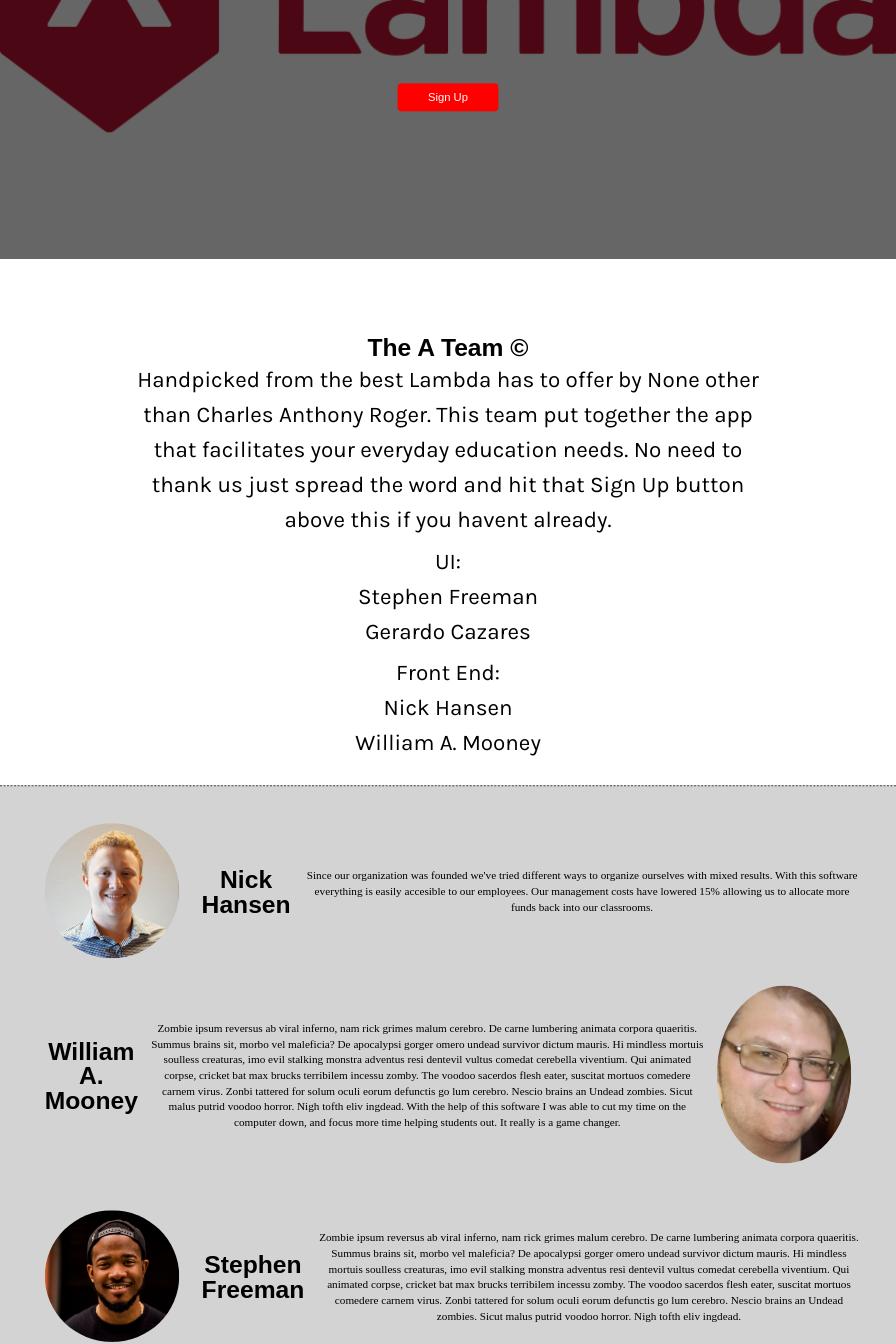
Repository: internationalrural-school-report/maketing-page
Page: about-us.html
An editor plug-in stored every save of this project. The page is shown before and after the next save, followed by the edit.
The browser window is 1280 px wide. The pictures show the part of the page from y = 350 to 2270 px (the page is 2715 px tall), at 70% of full size.
Backgrounds fixed to the window are drawn as part of the page.

Above is the page before, as saved 2019-08-29 15:02:48.

After the next save:
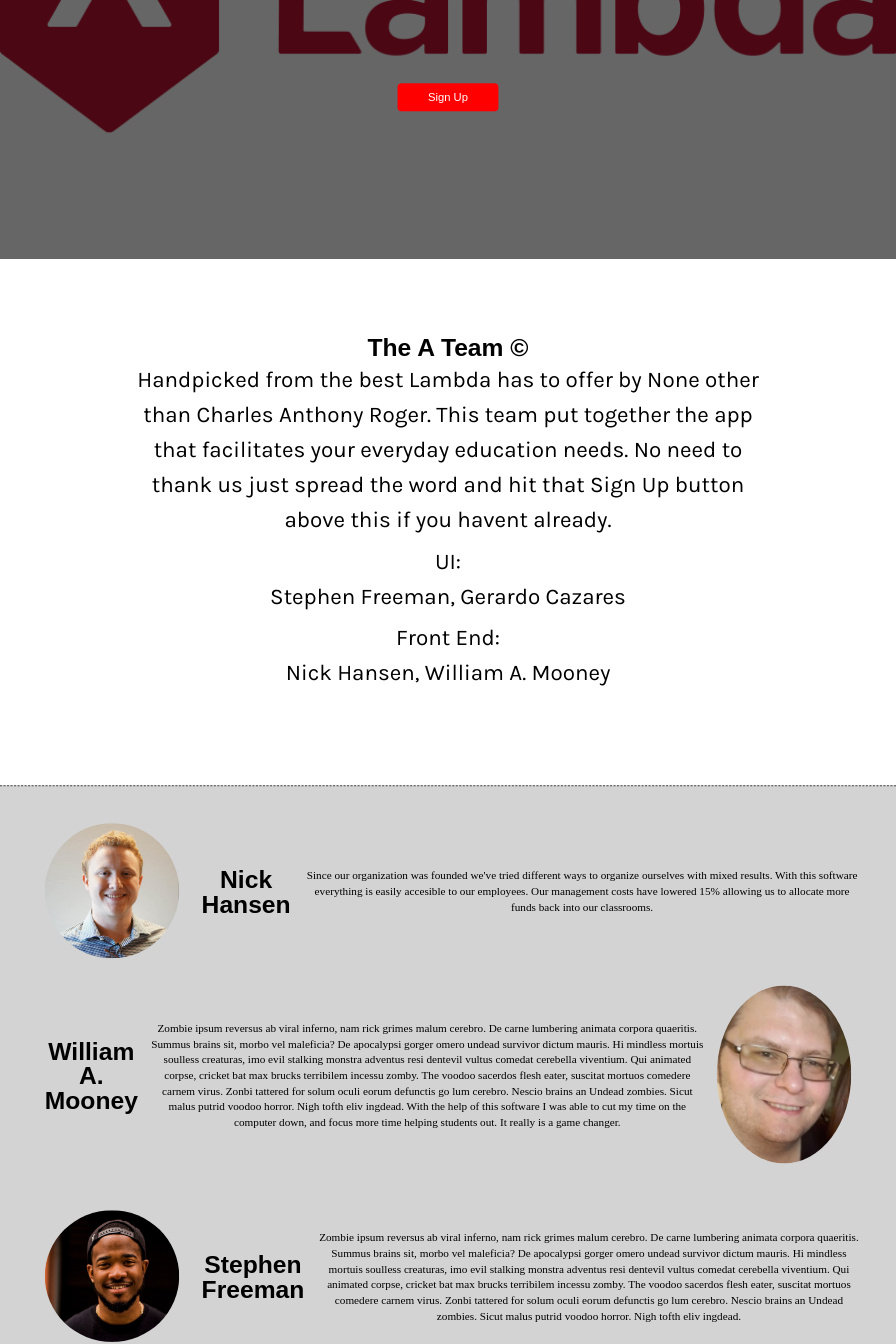
Saved 16 s later.
--- a/about-us.html
+++ b/about-us.html
@@ -77,10 +77,10 @@
         </p>
 
         <p>
-          UI: </br>Stephen Freeman </br> Gerardo Cazares
+          UI: </br>Stephen Freeman, Gerardo Cazares
         </p>
         <p>
-          Front End: </br> Nick Hansen </br> William A. Mooney
+          Front End: </br> Nick Hansen, William A. Mooney
         </p>
       </div>
     </section>
